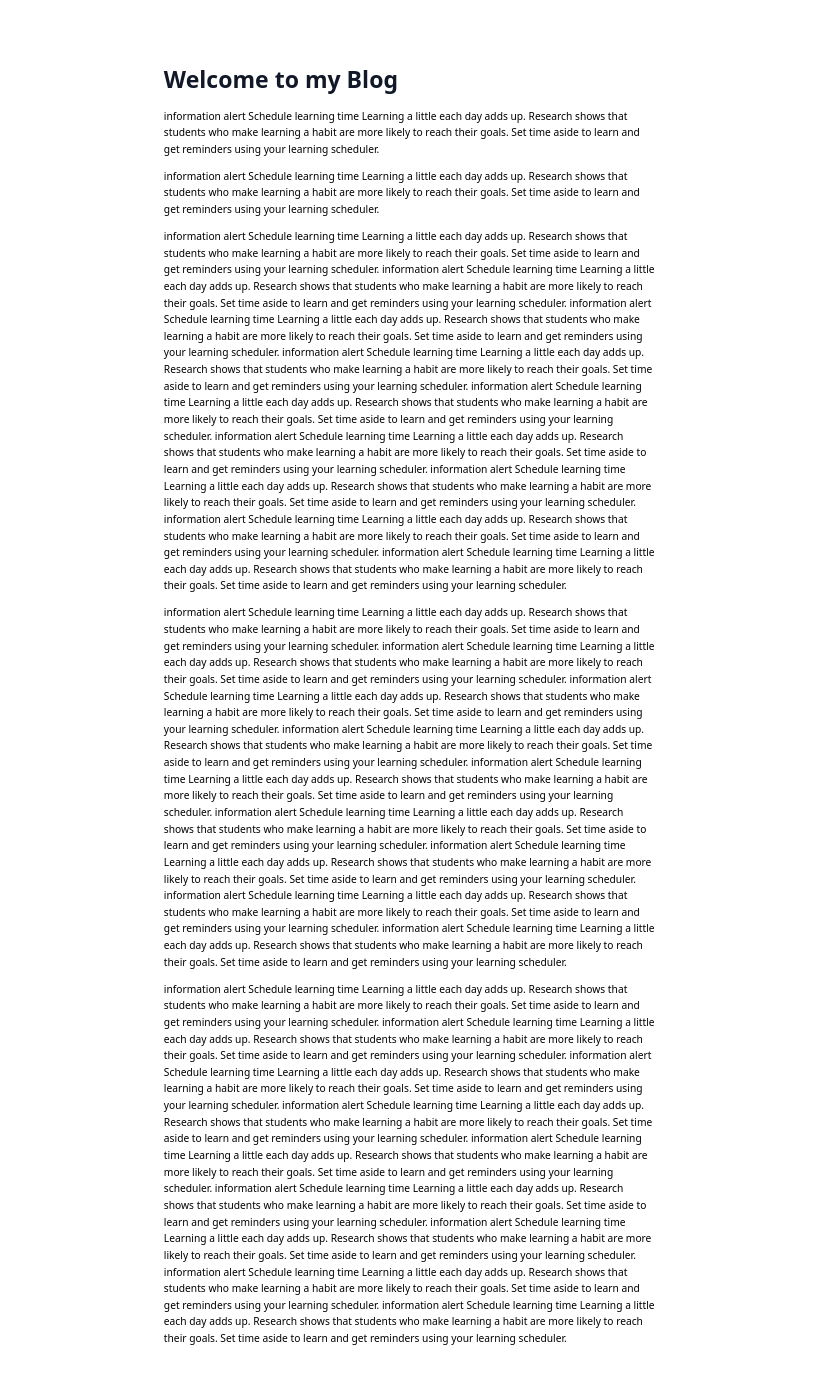
Repository: wenxi0504/BLOG
Page: / (app in client/)
An editor plug-in stored every save of this project. The page is shown before and after a run of saves, followed by the edit.
The browser window is 1280 px wide. The pictures show the whole page, at 64% of full size.
The project was rebuilt for these pictures with package versions that can differ from the ones it lists, and the page was loaded fresh each time. Also part of the build but not shown: client/src/pages/About.js, client/src/pages/Article.js, client/src/pages/ArticlesList.js.

Above is the page before, as saved 2022-09-08 00:13:47.

### client/src/App.js
import { BrowserRouter as Router,Route, Routes } from 'react-router-dom';
//pages
import Home from './pages/Home'
import About from './pages/About'
import Article from './pages/Article'
import ArticlesList from './pages/ArticlesList'

function App() {
  return (
    <Router>
    <div className='max-w-screen-md mx-auto pt-20'>
    <Routes>
          <Route path="/" element={<Home />} />
          <Route path="/about" element={<About />} />
          <Route path="/articles-list" element={<ArticlesList />} />
           <Route path="/article" element={<Article/> } />
          </Routes>
      </div>
      </Router>
  );
}

export default App;

### client/src/pages/Home.js
//rafce
import React from 'react'

const Home = () => {
  return (
      <div className='mb-20'>
          <h1 className='sm:text-4xl text-2xl font-bold my-6 text-gray-900'>Welcome to my Blog</h1>
          <p className='mx-auto leading-relaxed text-base mb-4'>information alert Schedule learning time Learning a little each day adds up. Research shows that students who make learning a habit are more likely to reach their goals. Set time aside to learn and get reminders using your learning scheduler.
          </p>
          <p className='mx-auto leading-relaxed text-base mb-4'>information alert Schedule learning time Learning a little each day adds up. Research shows that students who make learning a habit are more likely to reach their goals. Set time aside to learn and get reminders using your learning scheduler.
          </p>
          <p className='mx-auto leading-relaxed text-base mb-4'>information alert Schedule learning time Learning a little each day adds up. Research shows that students who make learning a habit are more likely to reach their goals. Set time aside to learn and get reminders using your learning scheduler.
              information alert Schedule learning time Learning a little each day adds up. Research shows that students who make learning a habit are more likely to reach their goals. Set time aside to learn and get reminders using your learning scheduler.
              information alert Schedule learning time Learning a little each day adds up. Research shows that students who make learning a habit are more likely to reach their goals. Set time aside to learn and get reminders using your learning scheduler.
              information alert Schedule learning time Learning a little each day adds up. Research shows that students who make learning a habit are more likely to reach their goals. Set time aside to learn and get reminders using your learning scheduler.
              information alert Schedule learning time Learning a little each day adds up. Research shows that students who make learning a habit are more likely to reach their goals. Set time aside to learn and get reminders using your learning scheduler.
              information alert Schedule learning time Learning a little each day adds up. Research shows that students who make learning a habit are more likely to reach their goals. Set time aside to learn and get reminders using your learning scheduler.
              information alert Schedule learning time Learning a little each day adds up. Research shows that students who make learning a habit are more likely to reach their goals. Set time aside to learn and get reminders using your learning scheduler.
              information alert Schedule learning time Learning a little each day adds up. Research shows that students who make learning a habit are more likely to reach their goals. Set time aside to learn and get reminders using your learning scheduler.
              information alert Schedule learning time Learning a little each day adds up. Research shows that students who make learning a habit are more likely to reach their goals. Set time aside to learn and get reminders using your learning scheduler.
          </p>
          <p className='mx-auto leading-relaxed text-base mb-4'>information alert Schedule learning time Learning a little each day adds up. Research shows that students who make learning a habit are more likely to reach their goals. Set time aside to learn and get reminders using your learning scheduler.
              information alert Schedule learning time Learning a little each day adds up. Research shows that students who make learning a habit are more likely to reach their goals. Set time aside to learn and get reminders using your learning scheduler.
              information alert Schedule learning time Learning a little each day adds up. Research shows that students who make learning a habit are more likely to reach their goals. Set time aside to learn and get reminders using your learning scheduler.
              information alert Schedule learning time Learning a little each day adds up. Research shows that students who make learning a habit are more likely to reach their goals. Set time aside to learn and get reminders using your learning scheduler.
              information alert Schedule learning time Learning a little each day adds up. Research shows that students who make learning a habit are more likely to reach their goals. Set time aside to learn and get reminders using your learning scheduler.
              information alert Schedule learning time Learning a little each day adds up. Research shows that students who make learning a habit are more likely to reach their goals. Set time aside to learn and get reminders using your learning scheduler.
              information alert Schedule learning time Learning a little each day adds up. Research shows that students who make learning a habit are more likely to reach their goals. Set time aside to learn and get reminders using your learning scheduler.
              information alert Schedule learning time Learning a little each day adds up. Research shows that students who make learning a habit are more likely to reach their goals. Set time aside to learn and get reminders using your learning scheduler.
              information alert Schedule learning time Learning a little each day adds up. Research shows that students who make learning a habit are more likely to reach their goals. Set time aside to learn and get reminders using your learning scheduler.
          </p>
          <p className='mx-auto leading-relaxed text-base mb-4'>information alert Schedule learning time Learning a little each day adds up. Research shows that students who make learning a habit are more likely to reach their goals. Set time aside to learn and get reminders using your learning scheduler.
              information alert Schedule learning time Learning a little each day adds up. Research shows that students who make learning a habit are more likely to reach their goals. Set time aside to learn and get reminders using your learning scheduler.
              information alert Schedule learning time Learning a little each day adds up. Research shows that students who make learning a habit are more likely to reach their goals. Set time aside to learn and get reminders using your learning scheduler.
              information alert Schedule learning time Learning a little each day adds up. Research shows that students who make learning a habit are more likely to reach their goals. Set time aside to learn and get reminders using your learning scheduler.
              information alert Schedule learning time Learning a little each day adds up. Research shows that students who make learning a habit are more likely to reach their goals. Set time aside to learn and get reminders using your learning scheduler.
              information alert Schedule learning time Learning a little each day adds up. Research shows that students who make learning a habit are more likely to reach their goals. Set time aside to learn and get reminders using your learning scheduler.
              information alert Schedule learning time Learning a little each day adds up. Research shows that students who make learning a habit are more likely to reach their goals. Set time aside to learn and get reminders using your learning scheduler.
              information alert Schedule learning time Learning a little each day adds up. Research shows that students who make learning a habit are more likely to reach their goals. Set time aside to learn and get reminders using your learning scheduler.
              information alert Schedule learning time Learning a little each day adds up. Research shows that students who make learning a habit are more likely to reach their goals. Set time aside to learn and get reminders using your learning scheduler.
          </p>
    </div>
  )
}

export default Home

### client/src/components/Navbar.js
import React from 'react'
import { Link} from 'react-router-dom'

const Navbar = () => {
  return (
      <nav className="border-b-4 border-green-700 text-center bg-green-600 font-bold w-full text-lg text-white " fixed top-0>
          <ul>
              <li className='inline-block py-4'>
                  <link to="/" className='pl-6 pr-8'>Home </link>
              </li>
              <li className='inline-block py-4'>
                  <link to="/about" className='pl-6 pr-8'>About</link>
              </li>
              <li className='inline-block py-4'>
                  <link to="/articles-list" className='pl-6 pr-8'>Articles </link>
              </li>
        </ul>
      </nav>
  )
}

export default Navbar

Loaded but not shown: client/public/index.html (common file); client/src/index.js (common file); client/src/index.css (common file); client/src/reportWebVitals.js (common file); client/tailwind.config.js (common file)

After the next 3 saves:
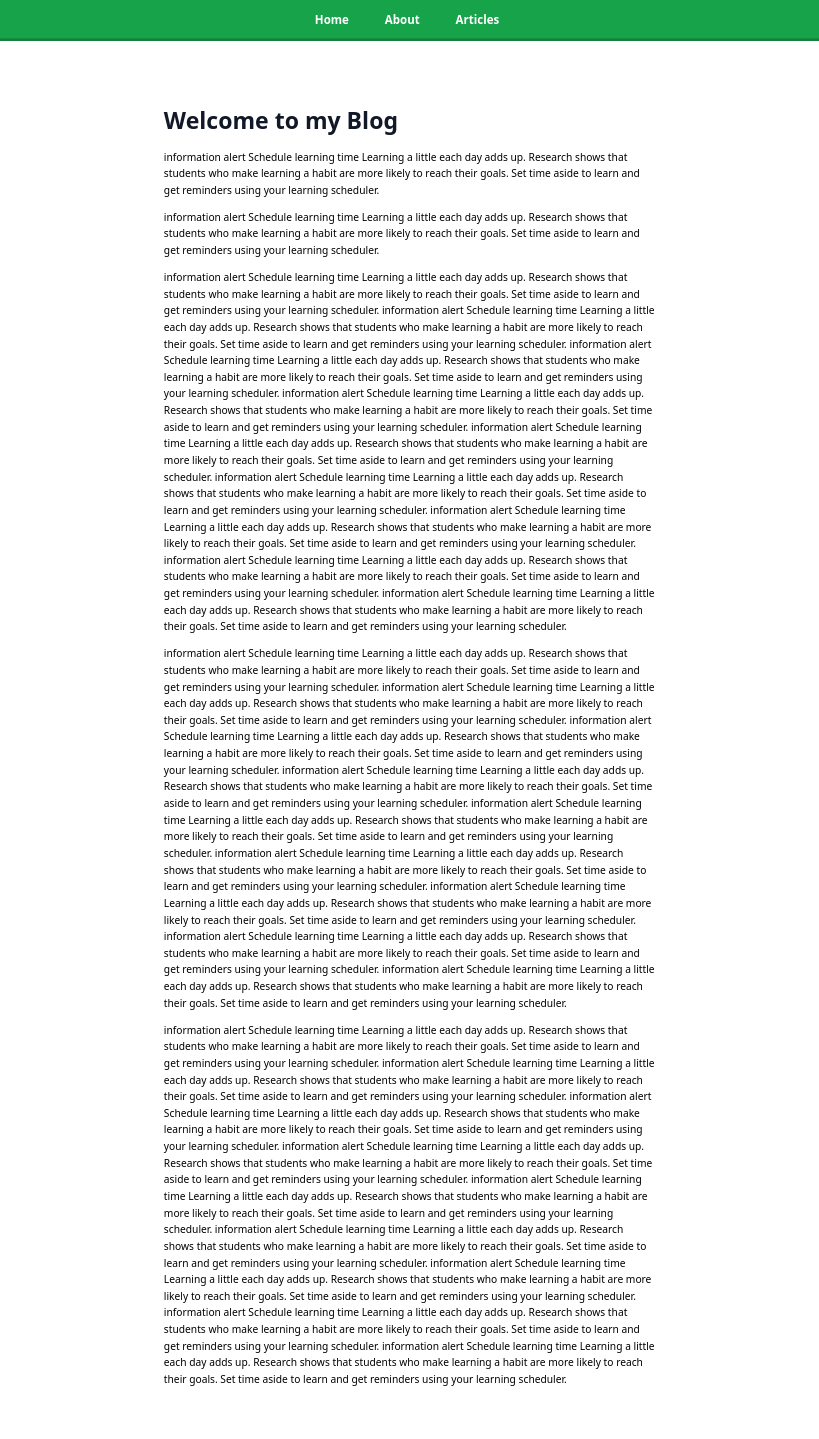
The 3 saves are shown as one change because 2 did not build or start.
The last was saved 2 min 16 s later.
--- a/client/src/App.js
+++ b/client/src/App.js
@@ -4,10 +4,12 @@ import Home from './pages/Home'
 import About from './pages/About'
 import Article from './pages/Article'
 import ArticlesList from './pages/ArticlesList'
+import Navbar from './components/Navbar';
 
 function App() {
   return (
     <Router>
+      <Navbar/>
     <div className='max-w-screen-md mx-auto pt-20'>
     <Routes>
           <Route path="/" element={<Home />} />
--- a/client/src/components/Navbar.js
+++ b/client/src/components/Navbar.js
@@ -6,13 +6,13 @@ const Navbar = () => {
       <nav className="border-b-4 border-green-700 text-center bg-green-600 font-bold w-full text-lg text-white " fixed top-0>
           <ul>
               <li className='inline-block py-4'>
-                  <link to="/" className='pl-6 pr-8'>Home </link>
+                  <Link to="/" className='pl-6 pr-8'>Home </Link>
               </li>
               <li className='inline-block py-4'>
-                  <link to="/about" className='pl-6 pr-8'>About</link>
+                  <Link to="/about" className='pl-6 pr-8'>About</Link>
               </li>
               <li className='inline-block py-4'>
-                  <link to="/articles-list" className='pl-6 pr-8'>Articles </link>
+                  <Link to="/articles-list" className='pl-6 pr-8'>Articles </Link>
               </li>
         </ul>
       </nav>
